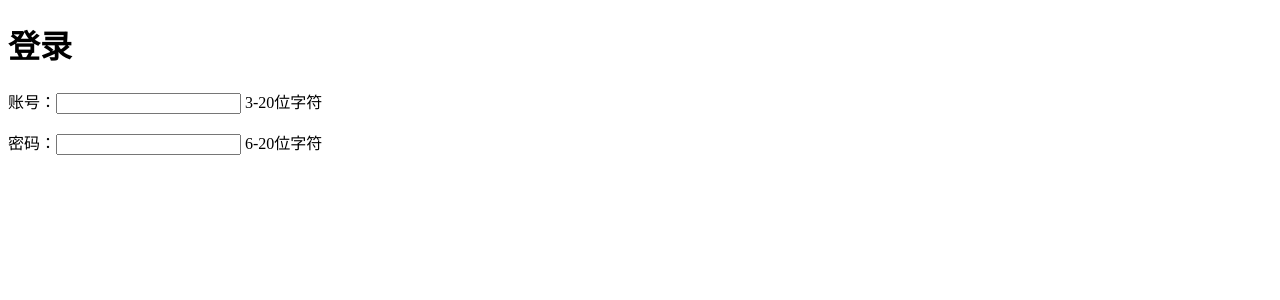
Repository: MasterKweng/workspace
Page: WebBasic/WebContent/day03 js/loginandout.html
An editor plug-in stored every save of this project. The page is shown before and after the next save, followed by the edit.
The browser window is 1280 px wide. The pictures show the whole page.

Above is the page before, as saved 2018-01-10 03:23:45.

After the next save:
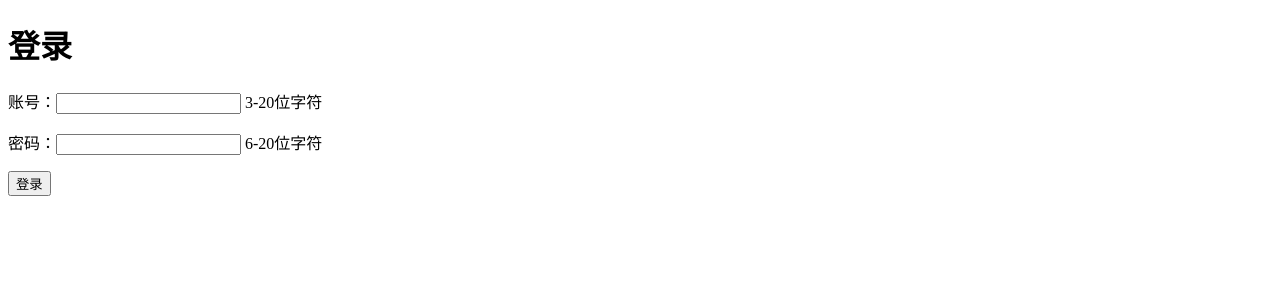
Saved 34 s later.
--- a/WebBasic/WebContent/day03 js/loginandout.html
+++ b/WebBasic/WebContent/day03 js/loginandout.html
@@ -13,6 +13,9 @@
 			<p>密码：<input type="password"/>
 			<span>6-20位字符</span>
 			</p>
+			<div>
+				<input type="submit" value="登录">
+			</div>
 		</form>
 	</body>
 </html>
